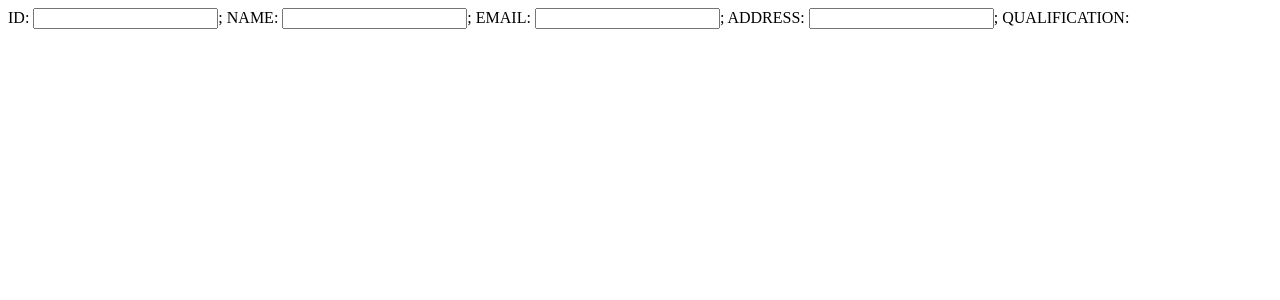
Repository: somakbha/CodeBackUP
Page: http://localhost/RegForm_DynamicJSP/
These files come from the project's save history. The page is drawn as it stood at one moment and after the next save; the edit follows.
The browser window is 1280 px wide. The pictures show the whole page.
The page is served by Tomcat 9.

Above is the page before, as saved 2019-06-05 02:00:25.

### J2EE-Practice/RegForm_DynamicJSP/WebContent/index.jsp
<%@ page language="java" contentType="text/html; charset=UTF-8"
    pageEncoding="UTF-8"%>
<!DOCTYPE html PUBLIC "-//W3C//DTD HTML 4.01 Transitional//EN" "http://www.w3.org/TR/html4/loose.dtd">
<html>
<head>
<meta http-equiv="Content-Type" content="text/html; charset=UTF-8">
<title>Dynamic Registration Page</title>
</head>
<body>
<form action="./reg.jsp">
ID: <input type="text" name="id">;
NAME: <input type="text" name="name">;
EMAIL: <input type="text" name="email">;
ADDRESS: <input type="text" name="address">;
QUALIFICATION:
</form>

</body>
</html>

After the next save:
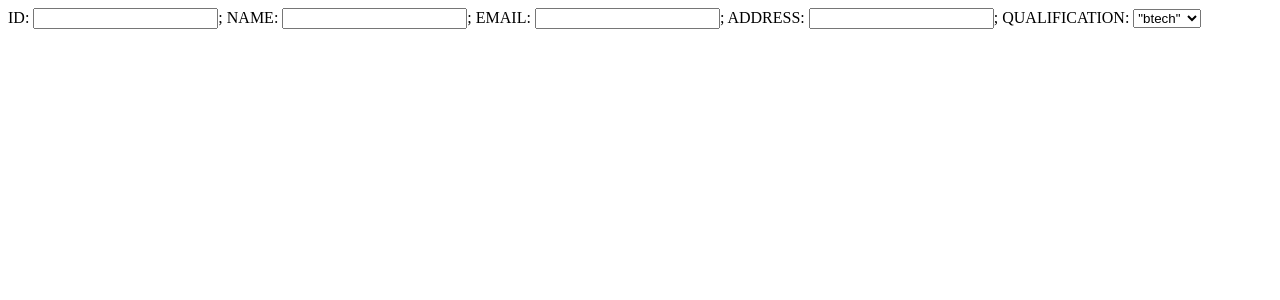
Saved 5 min 41 s later.
--- a/J2EE-Practice/RegForm_DynamicJSP/WebContent/index.jsp
+++ b/J2EE-Practice/RegForm_DynamicJSP/WebContent/index.jsp
@@ -12,7 +12,11 @@ ID: <input type="text" name="id">;
 NAME: <input type="text" name="name">;
 EMAIL: <input type="text" name="email">;
 ADDRESS: <input type="text" name="address">;
-QUALIFICATION:
+QUALIFICATION: <select name="qual">
+<option value="btech">"btech"</option>
+<option value="mtech">"mtech"</option>
+<option value="phd">"phd"</option>
+</select>
 </form>
 
 </body>
